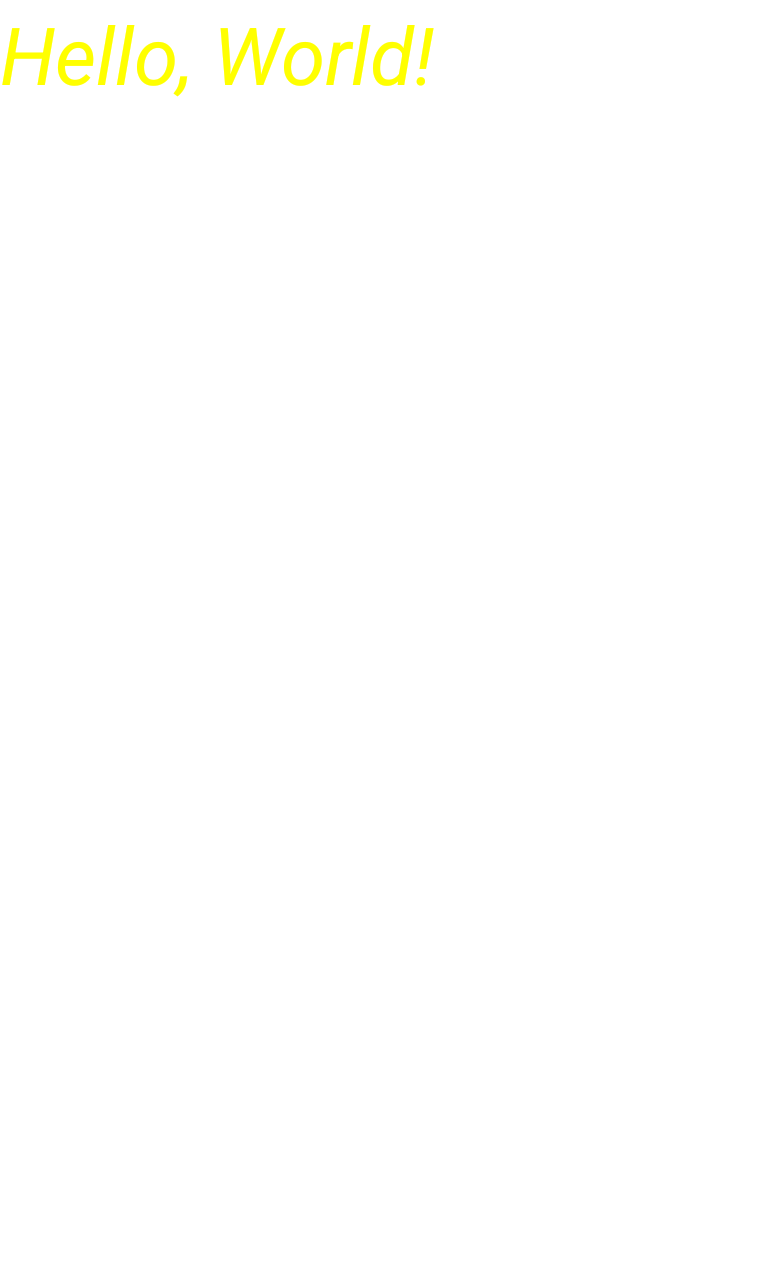
Repository: yjaeseok/gnssm_android_codelab
Layout: source/Day2-View/res/layout/day2view.xml
The author's editor kept a copy of each file at every save. The layout is drawn from the files as they stood at one save, then again after the next save.
It is drawn on a 768 x 1280 px phone screen (xhdpi) without system bars, with theme AppTheme; the app's code is not run.

Above is the layout before, as saved 2014-04-02 11:00:06.

### source/Day2-View/res/layout/day2view.xml
<?xml version="1.0" encoding="utf-8"?>
<LinearLayout xmlns:android="http://schemas.android.com/apk/res/android"
    android:layout_width="match_parent"
    android:layout_height="match_parent"
    android:orientation="vertical" >

    <TextView
        android:layout_width="wrap_content"
        android:layout_height="wrap_content"
        android:text="Hello, World!"
        android:textSize="40dp"
        android:textStyle="italic"
        android:textColor="#FFFF00"
        />
</LinearLayout>

Loaded but not shown: source/Day2-View/res/values/styles.xml (common file); source/Day2-View/res/values-v11/styles.xml (common file); source/Day2-View/res/values-v14/styles.xml (common file)

After the next save:
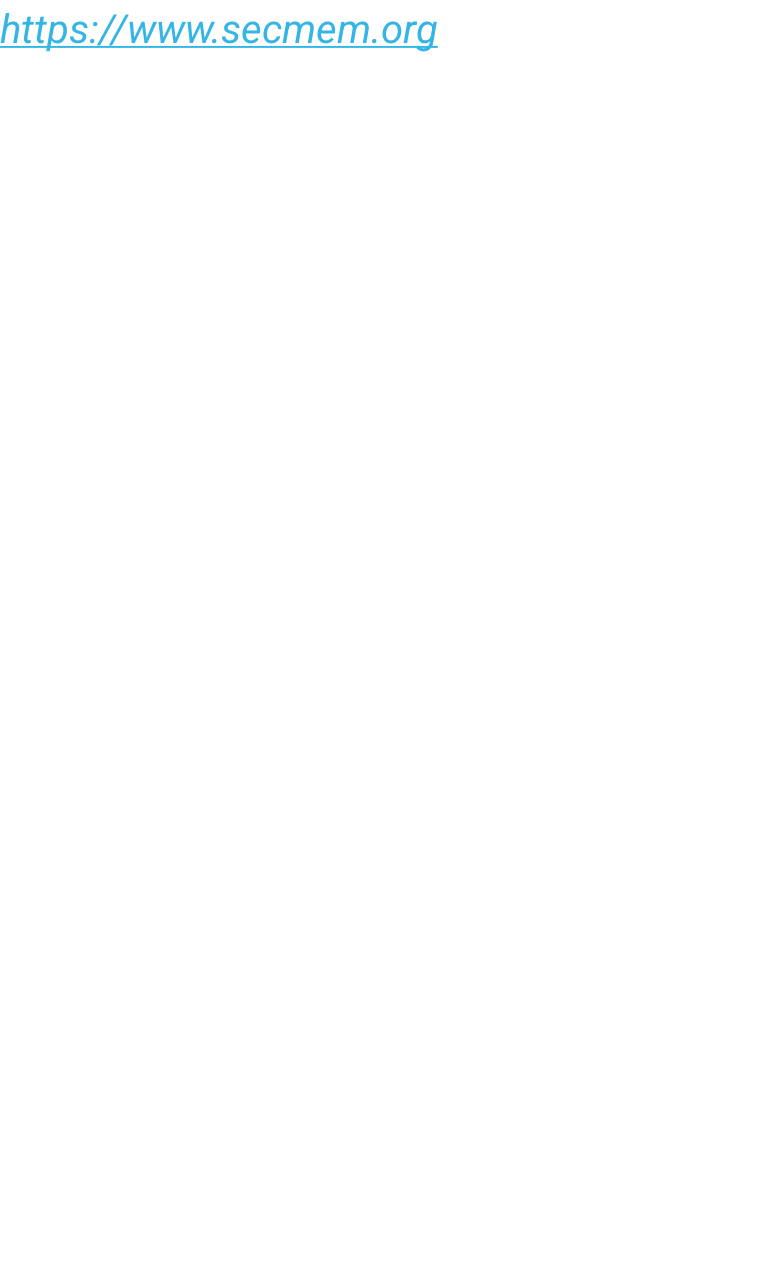
Saved 52 s later.
--- a/source/Day2-View/res/layout/day2view.xml
+++ b/source/Day2-View/res/layout/day2view.xml
@@ -7,9 +7,9 @@
     <TextView
         android:layout_width="wrap_content"
         android:layout_height="wrap_content"
-        android:text="Hello, World!"
-        android:textSize="40dp"
+        android:text="https://www.secmem.org"
+        android:textSize="20dp"
         android:textStyle="italic"
-        android:textColor="#FFFF00"
+        android:autoLink="true"
         />
 </LinearLayout>
